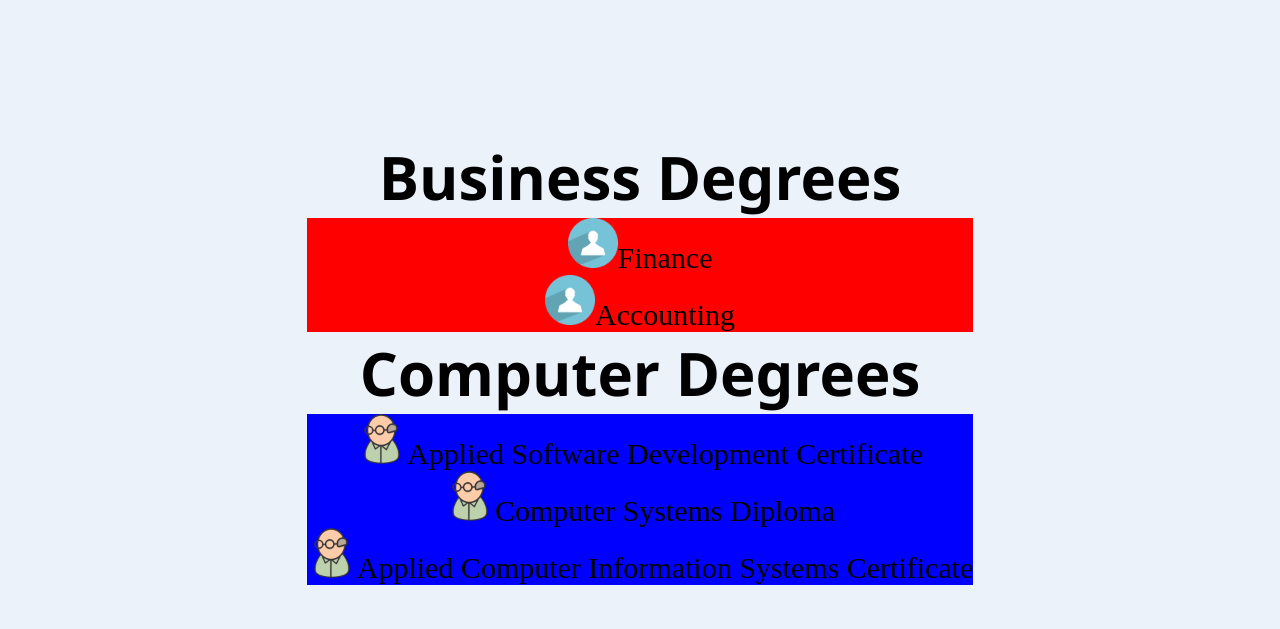
Repository: NeemaToto/mdia2109week3
Page: /
An editor plug-in stored every save of this project. The page is shown before and after a run of saves, followed by the edit.
The browser window is 1280 px wide. The pictures show the whole page.
The project was rebuilt for these pictures with package versions that can differ from the ones it lists, and the page was loaded fresh each time. The framework's server and built-in components were replaced by stand-ins that run in the browser. Also part of the build but not shown: next.config.js.

Above is the page before, as saved 2023-01-19 12:32:38.

After the next 2 saves:
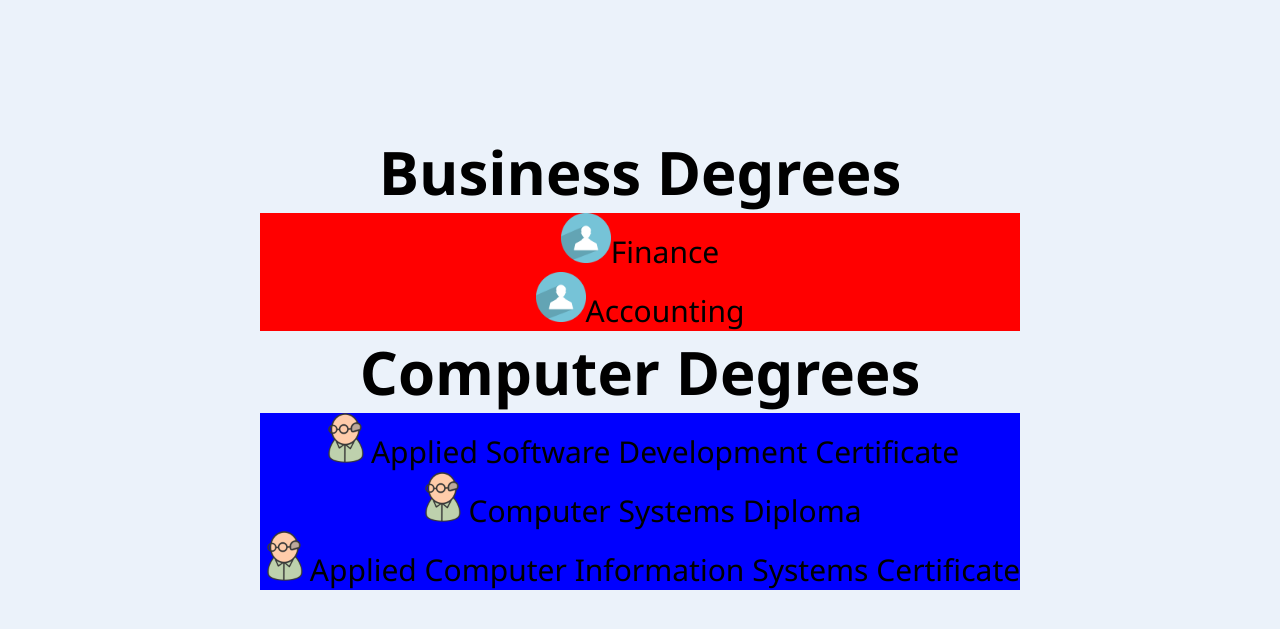
The 2 saves are shown as one change because they came seconds apart.
The last was saved 12 s later.
--- a/styles/Home.module.css
+++ b/styles/Home.module.css
@@ -281,8 +281,9 @@
 .degrees{
   font-size: 30px;
   text-align: center;
+  font-family: 'Segoe UI', Tahoma, Geneva, Verdana, sans-serif;
 }
 
 .degrees > h1{
-  font-family: 'Segoe UI', Tahoma, Geneva, Verdana, sans-serif;
-}
+
+}
